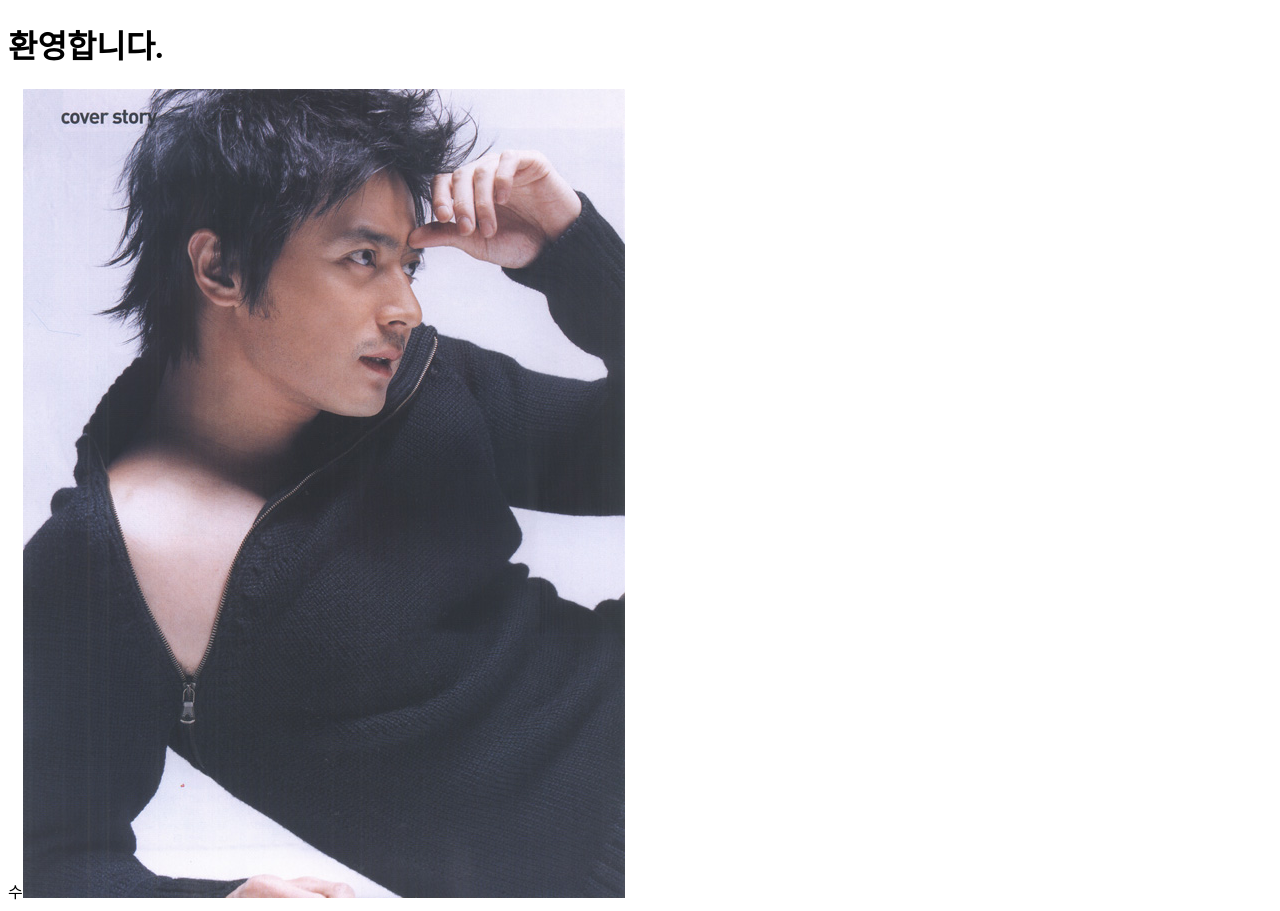
Repository: snowcuphea/webwork_class
Page: clientweb/WebContent/js_basic/js_switch_test.html
These files come from the project's save history. The page is drawn as it stood at one moment and after the next save; the edit follows.
The browser window is 1280 px wide. The pictures show the whole page.

Above is the page before, as saved 2020-01-07 03:46:09.

After the next save:
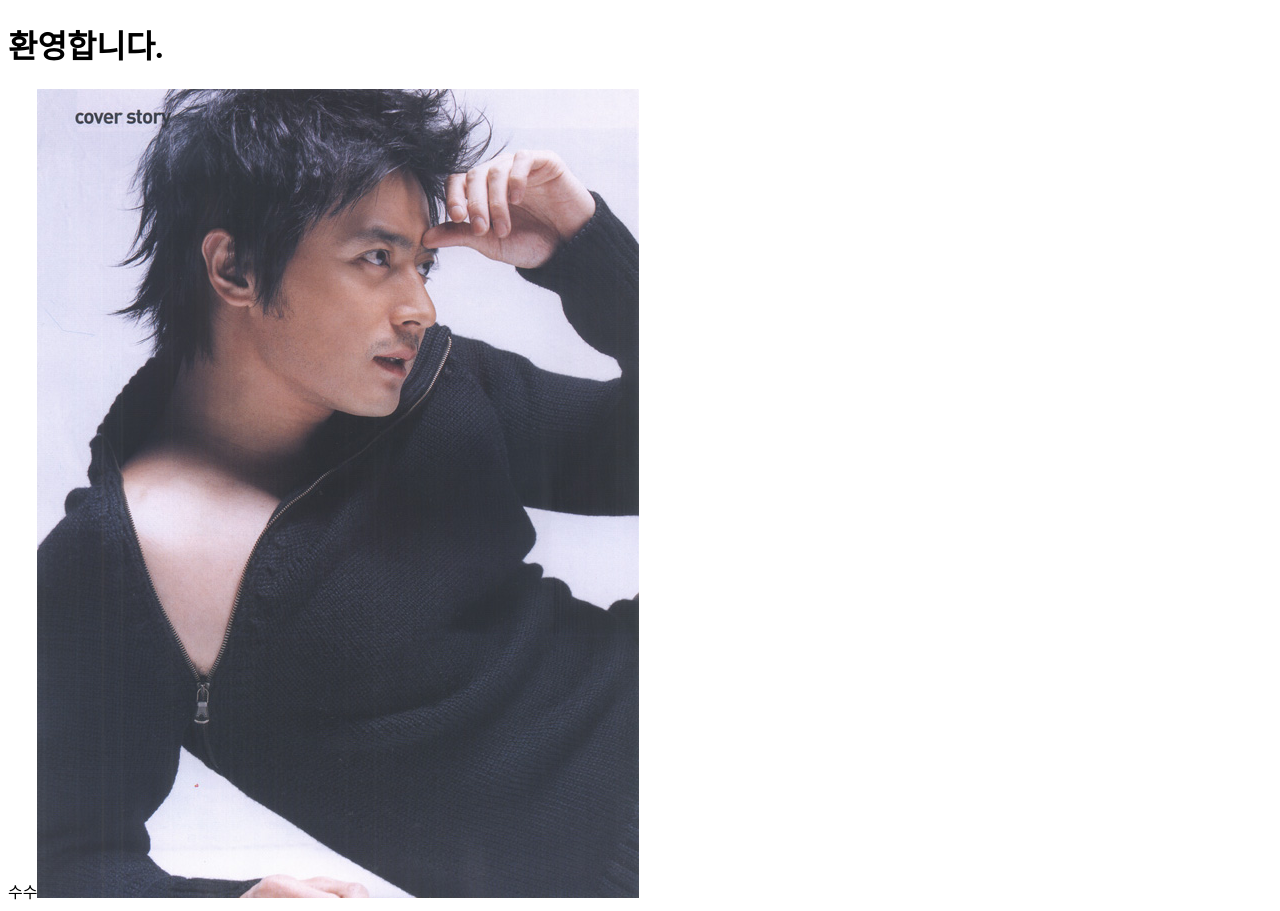
Saved 20 s later.
--- a/clientweb/WebContent/js_basic/js_switch_test.html
+++ b/clientweb/WebContent/js_basic/js_switch_test.html
@@ -24,7 +24,7 @@
 switch(ch){
 
 case '수' :
-	document.write("<h1>환영합니다.</h1>");
+	document.write("<h1>환영합니다.</h1>" + ch);
 	document.write(ch);
 	document.write("<img src = '../images/jang1.jpg'/>");
 	break;

After the save that followed:
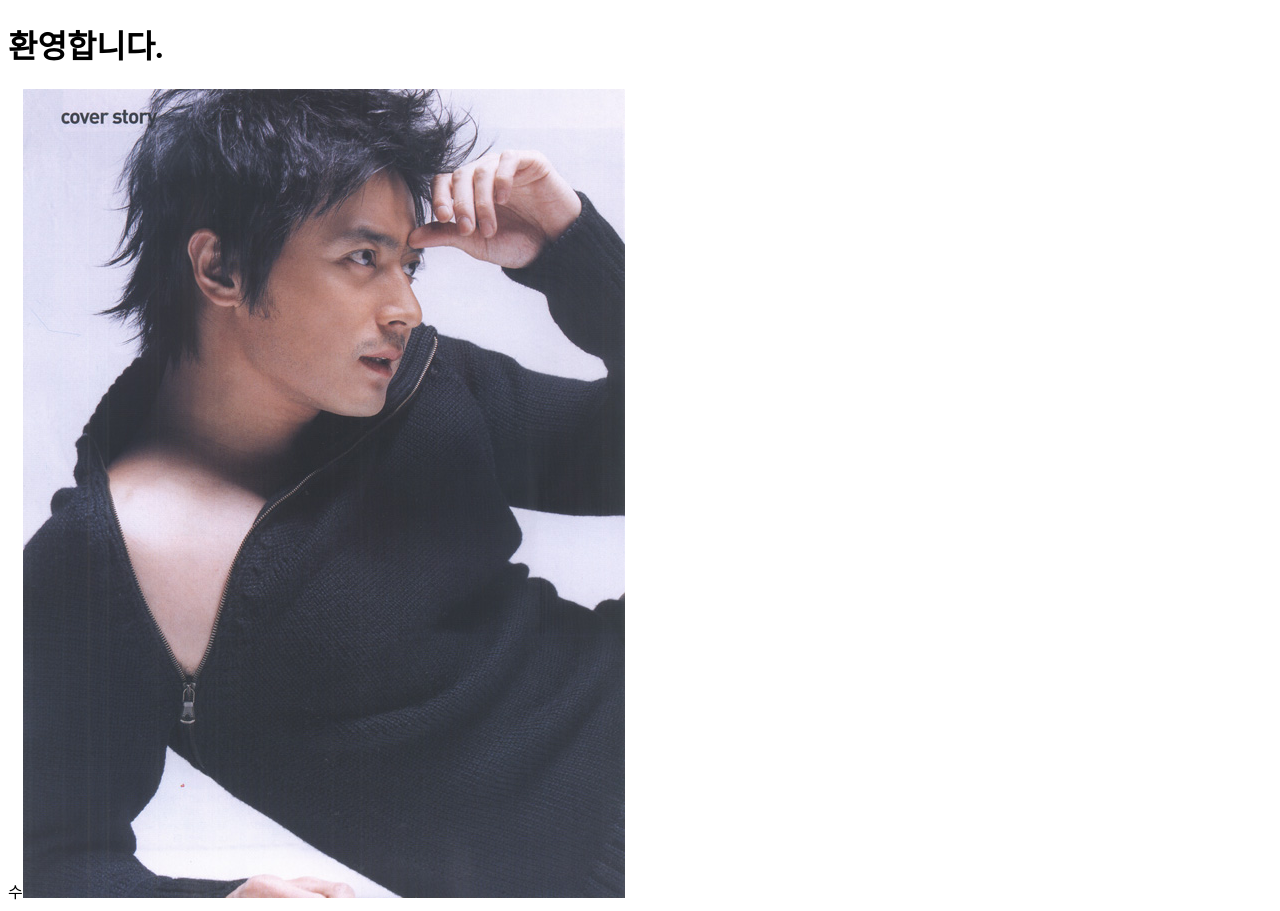
Saved 8 s later.
--- a/clientweb/WebContent/js_basic/js_switch_test.html
+++ b/clientweb/WebContent/js_basic/js_switch_test.html
@@ -25,7 +25,7 @@
 
 case '수' :
 	document.write("<h1>환영합니다.</h1>" + ch);
-	document.write(ch);
+
 	document.write("<img src = '../images/jang1.jpg'/>");
 	break;
 case '우' :
